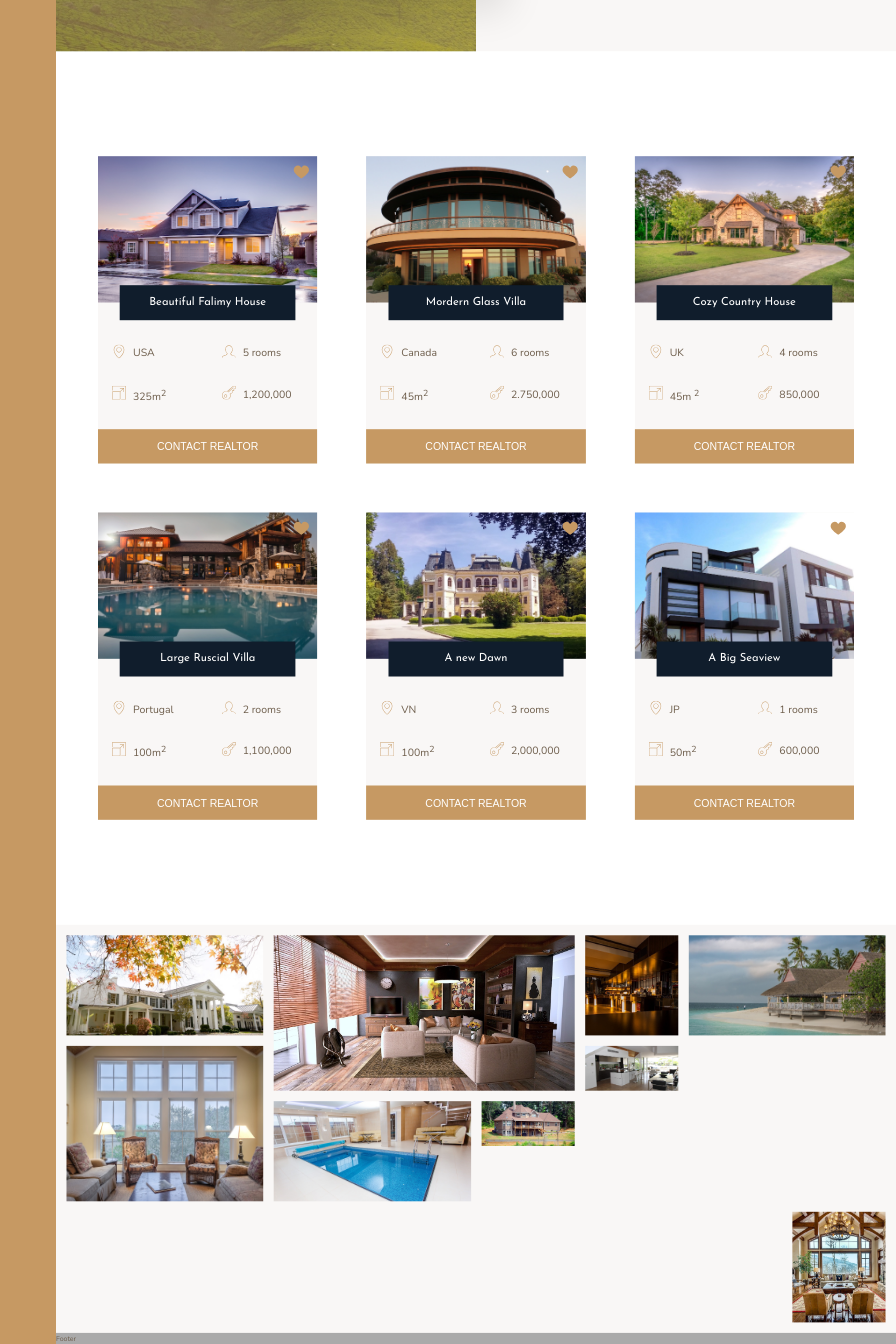
Repository: m2pd/your-home
Page: index.html
The author's editor kept a copy of each file at every save. The page is drawn from the files as they stood at one save, then again after the next save.
The browser window is 1280 px wide. The pictures show the part of the page from y = 1683 to 3603 px (the page is 3603 px tall before and 3588 px after), at 70% of full size.
The style sheet was rebuilt from its Sass, Less or Tailwind sources for each picture, by a compiler version that may differ from the author's.

Above is the page before, as saved 2020-03-07 18:35:05.

After the next save:
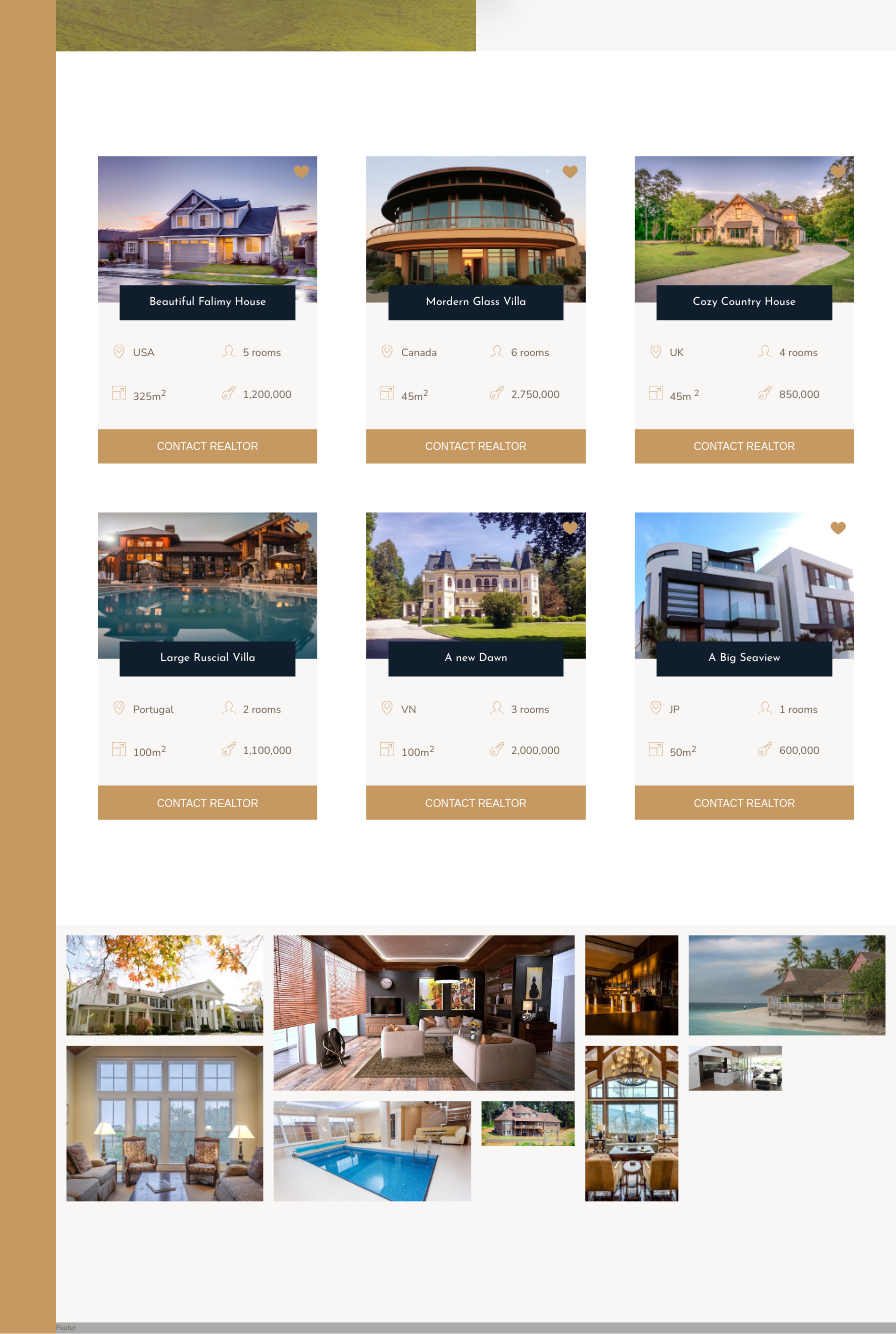
Saved 4 s later.
--- a/sass/_gallery.scss
+++ b/sass/_gallery.scss
@@ -51,8 +51,8 @@
         }
 
         &--8{
-            grid-row:6 / span 3;
-            grid-column: 8 / span 1;
+            grid-row:3 / span 3;
+            grid-column: 6 / span 1;
         }
     }
 
